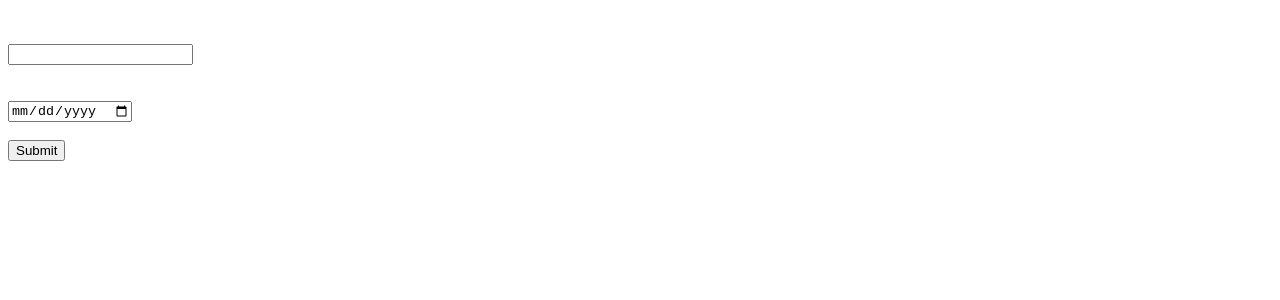
Repository: Tasups/Event-Countdown
Page: test.html
The author's editor kept a record of every edit. The page is drawn from the files as they stood at one moment, then again after the next edit.
The browser window is 1280 px wide. The pictures show the whole page.

Above is the page before.
Console error: SyntaxError: Unexpected token '}'

### test.html
<!DOCTYPE html>
<html lang="en">
  <head>
    <meta charset="UTF-8">
    <meta name="viewport" content="width=device-width, initial-scale=1.0">
    <meta http-equiv="X-UA-Compatible" content="ie=edge">
    <title>Name Form</title>
    <link rel="stylesheet" href="style.css">
  </head>

  <body>

    <form>
      <br>
      <label for="name"></label>
      <br>
      <input type="text" id="name" name="name">
      <br><br>
      <label for="date"></label>
      <br>
      <input type="date" id="date" name="date">
      <br><br>
      <button onClick="countdown(); startTimer();">Submit</button>
    </form>

	<script>
	  function countdown () {
	    const newName = document.getElementById("name").value;
	    const newDate = document.getElementById("date").value;

	    const birthday = new Date(newDate);

      //initializing the values of days, hours, minutes, seconds in milliseconds
      const second = 1000;
      const minute = second * 60;
      const hour = minute * 60;
      const day = hour * 24;

      //calculating time left to the event
      const today = new Date();
      const timespan =  birthday - today;
      const days = Math.floor(timespan / day);
      const hours = Math.floor((timespan % day) / hour);
      const minutes = Math.floor((timespan % hour) / minute);
      const seconds = Math.floor((timespan % minute) / second);

      //if it is the day of the event
      if (timespan <= 0 && timespan > -day) {
        document.write(
          `
            <div>
    	        <h1>HAPPY ${newName.toUpperCase()}!!!</h1>
	          </div>
          `
          )
        return;
      }

      //write to the document and run continual countdown each second
      document.write(
	      `
	      <div>
	        <ul>
	          <li>There are</li>
	          <li>${days} days</li>
	          <li>${hours} hours</li>
	          <li>${minutes} minutes</li>
	          <li>${seconds} seconds</li>
	          <li>until your ${newName}</li>
	        </ul>
	      </div>
	      `
	      )

	      setTimeout(countdown, 5000);
}

yourFunction();
    }

    let timerId;

    function startTimer () {
      timerId = setInterval(countdown, 1000);
    }

	</script>

  </body>

</html>

Loaded but not shown: style.css (no copy from this time; the picture is the same without it)

After the next edit:
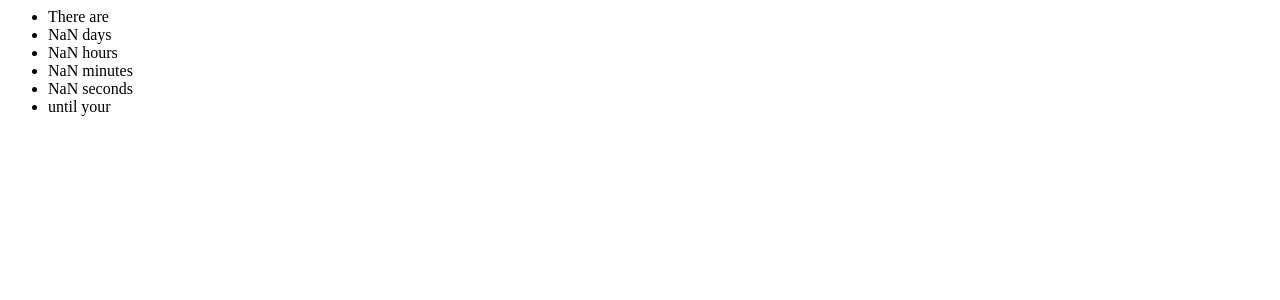
The error is gone.
The edit:
--- a/test.html
+++ b/test.html
@@ -75,14 +75,8 @@
 	      setTimeout(countdown, 5000);
 }
 
-yourFunction();
-    }
+countdown();
 
-    let timerId;
-
-    function startTimer () {
-      timerId = setInterval(countdown, 1000);
-    }
 
 	</script>
 
